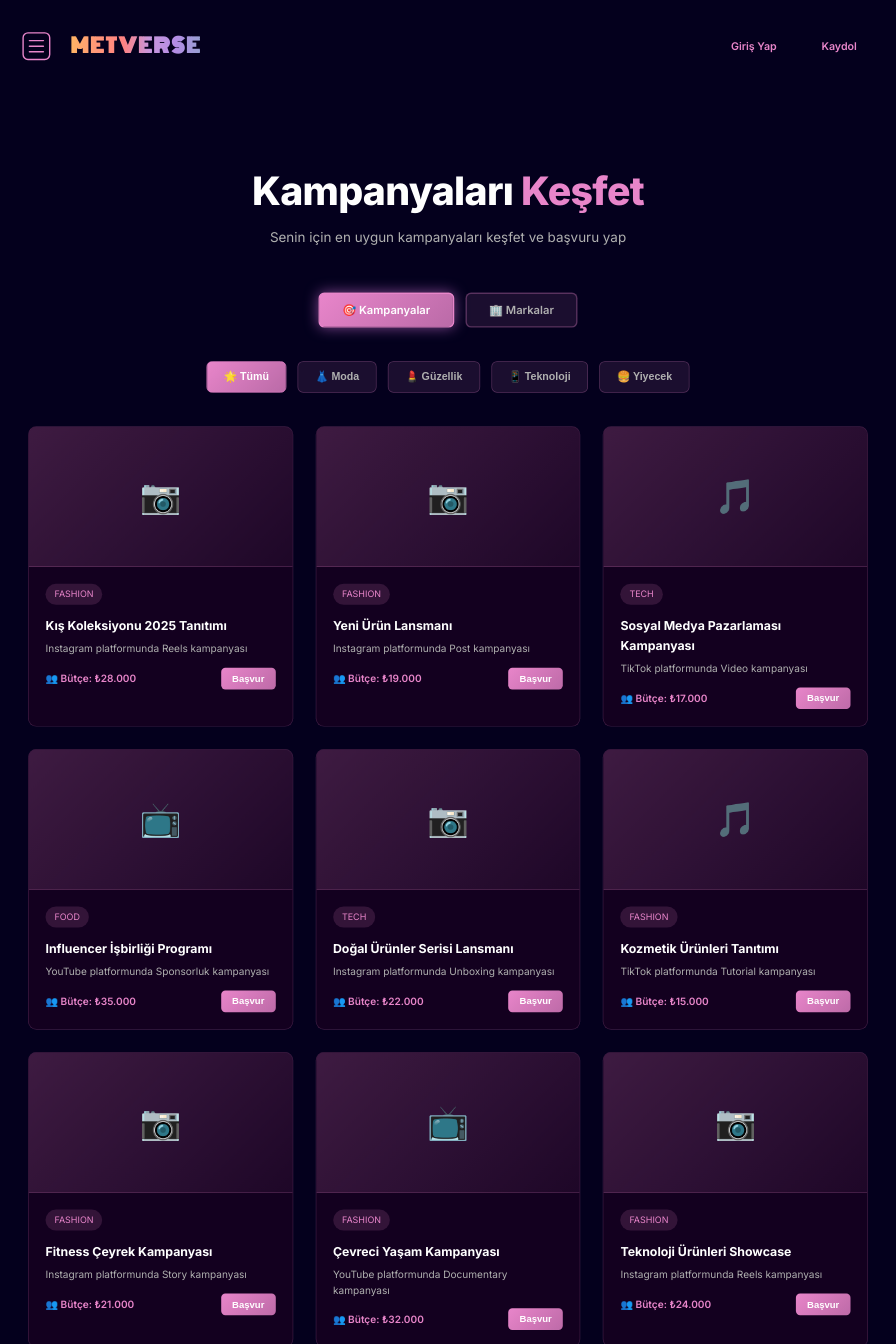
Repository: Selennguveen/metverse_website
Page: kesfetForInf.html
An editor plug-in stored every save of this project. The page is shown before and after the next save, followed by the edit.
The browser window is 1280 px wide. The pictures show the part of the page from y = 0 to 1920 px (the page is 5586 px tall before and 5669 px after), at 70% of full size.

Above is the page before, as saved 2025-12-21 15:21:48.

After the next save:
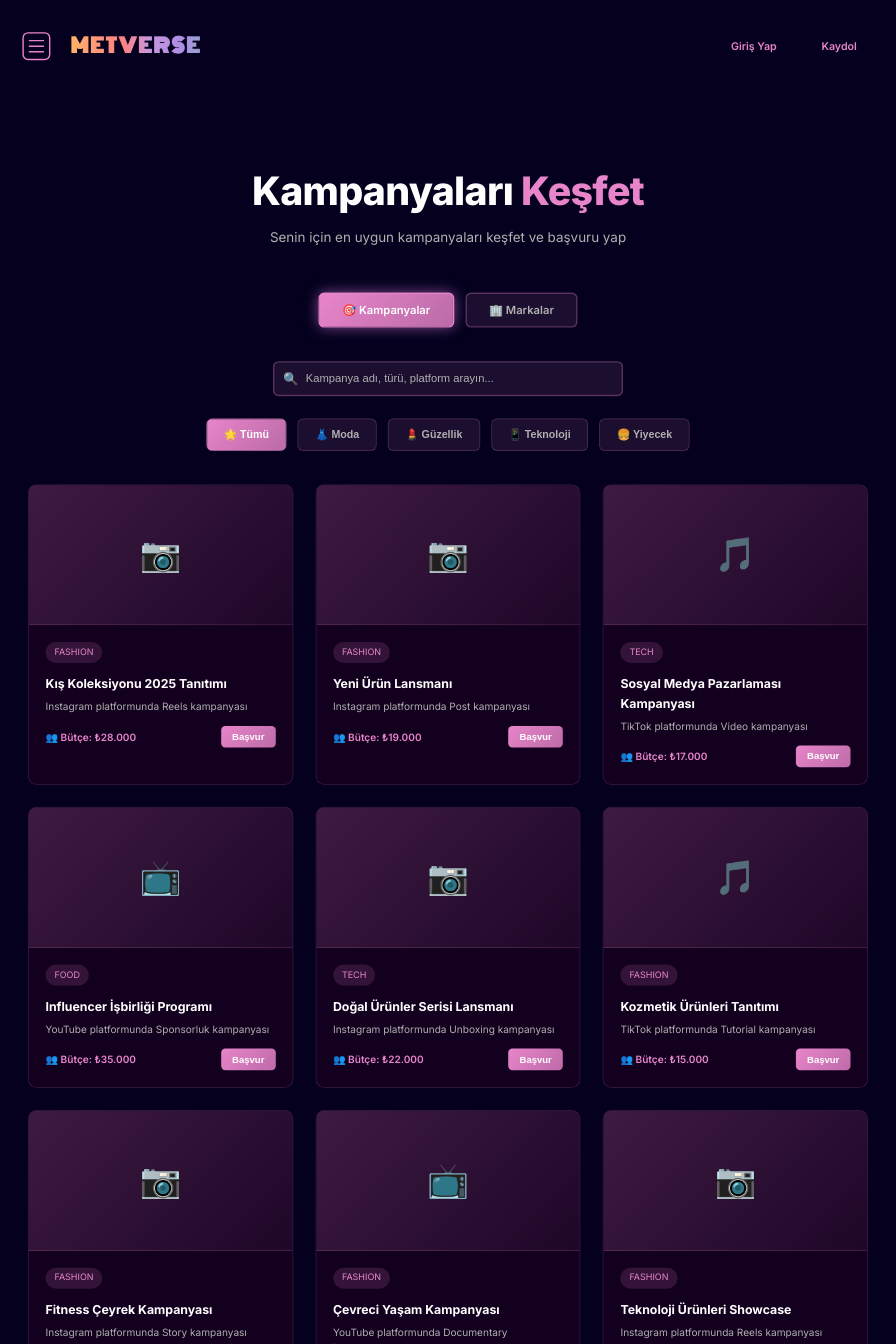
Saved 6 s later.
--- a/kesfetForInf.html
+++ b/kesfetForInf.html
@@ -344,6 +344,20 @@
 
             <!-- Kampanyalar Tab'ı -->
             <div id="campaigns-tab" class="tab-content active">
+                <!-- Arama Çubuğu -->
+                <div class="kesfet-search">
+                    <div class="search-container">
+                        <span class="search-icon">🔍</span>
+                        <input
+                            type="text"
+                            class="search-input"
+                            id="campaignSearchInput"
+                            placeholder="Kampanya adı, türü, platform arayın..."
+                            onkeyup="handleCampaignSearch()"
+                        >
+                    </div>
+                </div>
+
                 <!-- Kampanya Filtreler -->
                 <div class="kesfet-filters">
                     <button class="filter-btn active" onclick="filterCampaigns('all')">🌟 Tümü</button>
